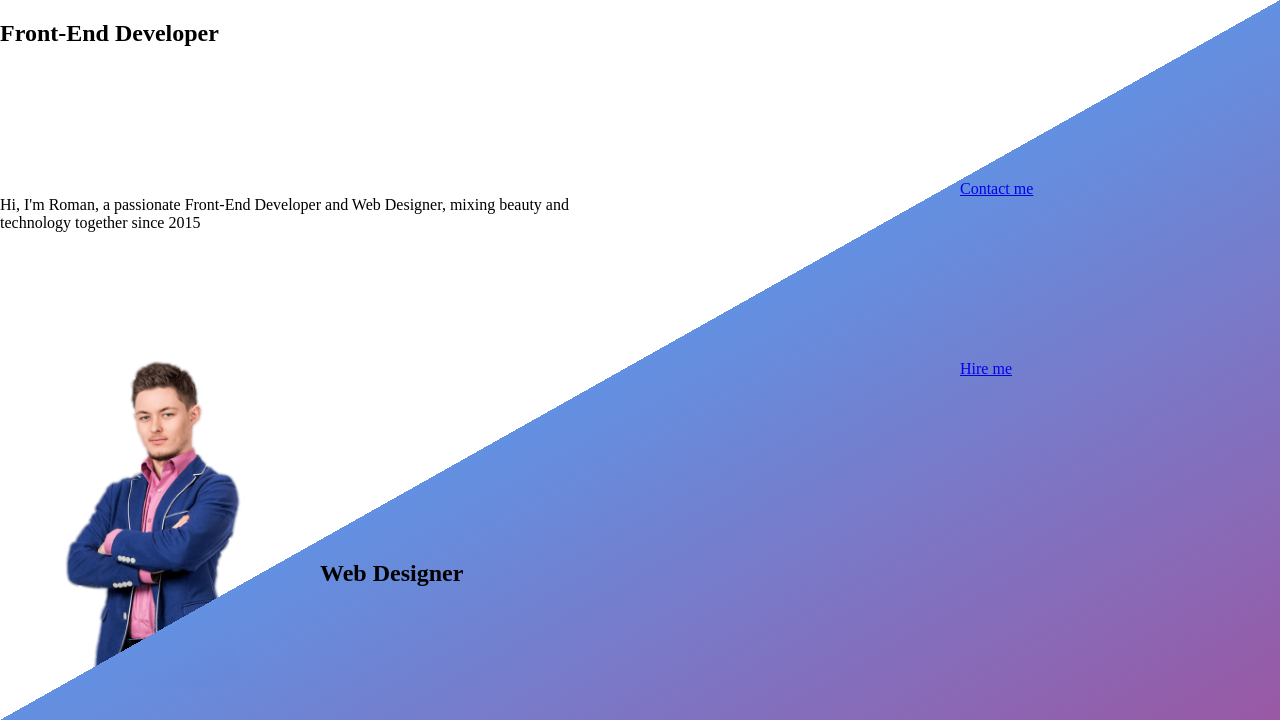
Repository: RShalman/rshalman.github.io
Page: index.html
These files come from the project's save history. The page is drawn as it stood at one moment and after the next save; the edit follows.
The browser window is 1280 px wide. The pictures show the whole page.

Above is the page before, as saved 2018-10-18 17:55:12.

After the next save:
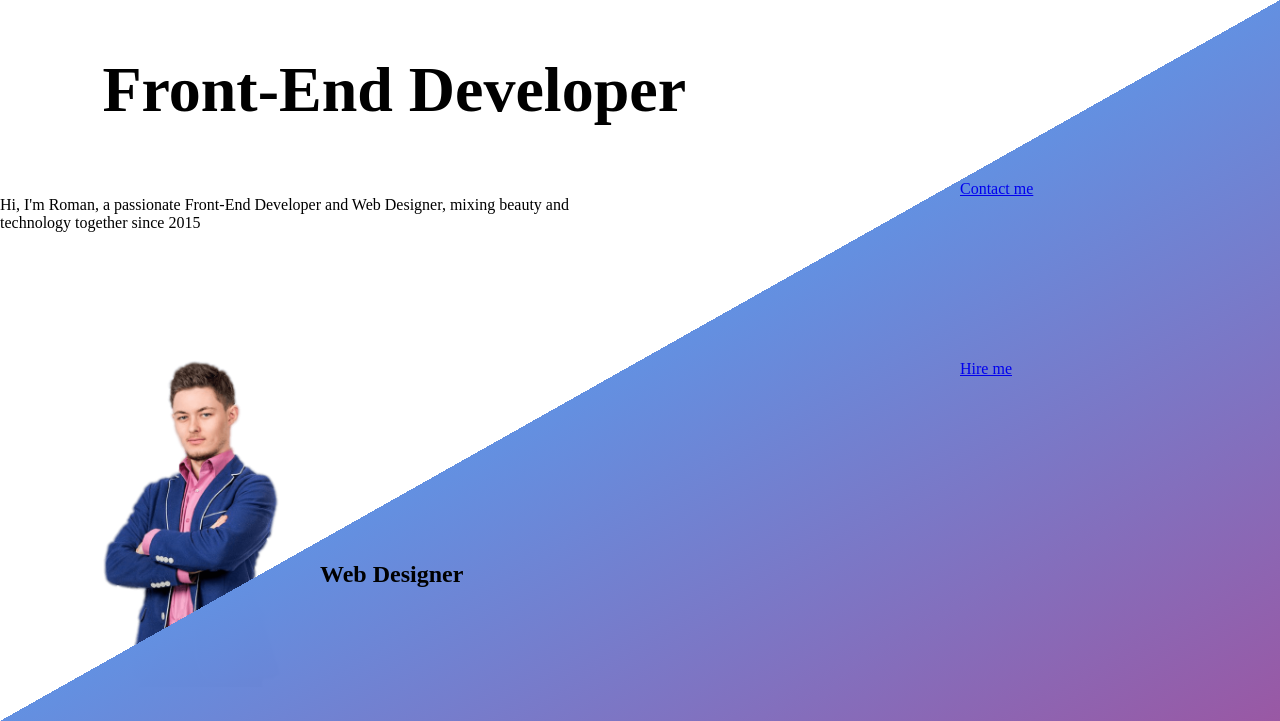
Saved 4 min 58 s later.
--- a/css/main.css
+++ b/css/main.css
@@ -18,7 +18,7 @@ section {
 /* ----------------------- INTRO SECTION ----------------------- */
 /* Settings for intro section container */
 #intro {
-    background: linear-gradient(to right bottom,transparent 50%, rgba(99,144,225,1) 0%,rgba(148,79,159,.95)), url("../img/shalman-photo.png") 5vw 50vh/25vh no-repeat;
+    background: linear-gradient(to right bottom,transparent 50%, rgba(99,144,225,1) 0%,rgba(148,79,159,.95)), url("../img/shalman-photo.png") 8vw 50vh/25vh no-repeat;
     display: grid;
     grid-template-columns: repeat(4, 1fr);
     grid-template-rows: repeat(4, 1fr);
@@ -31,6 +31,8 @@ section {
 
 #title {
     grid-area: title;
+    font-size: 5vw;
+    margin-left: 8vw;
 }
 
 #description {
